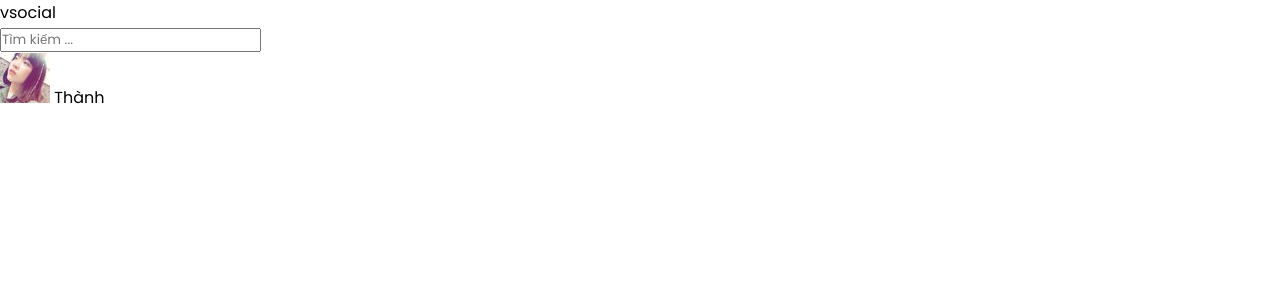
Repository: NHK1905/Social-project
Page: index.html
These files come from the project's save history. The page is drawn as it stood at one moment and after the next save; the edit follows.
The browser window is 1280 px wide. The pictures show the whole page.

Above is the page before, as saved 2021-08-10 15:09:06.

After the next save:
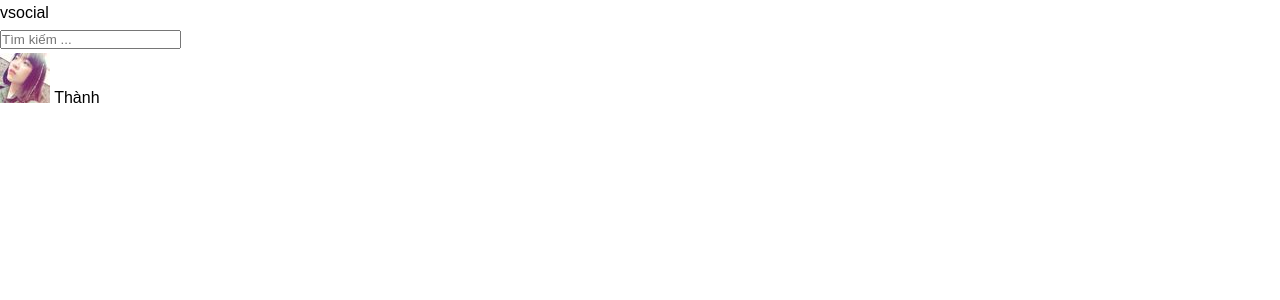
Saved 3 min 10 s later.
--- a/index.html
+++ b/index.html
@@ -5,9 +5,6 @@
     <meta http-equiv="X-UA-Compatible" content="IE=edge">
     <meta name="viewport" content="width=device-width, initial-scale=1.0">
     <title>Social</title>
-    <link rel="preconnect" href="https://fonts.googleapis.com">
-    <link rel="preconnect" href="https://fonts.gstatic.com" crossorigin>
-    <link href="https://fonts.googleapis.com/css2?family=Poppins:wght@200;300;400;500;600;700;800&display=swap" rel="stylesheet">
 	<link rel="stylesheet" href="https://pro.fontawesome.com/releases/v5.15.3/css/all.css">
     <link rel="stylesheet" href="./main.css">
 </head>
